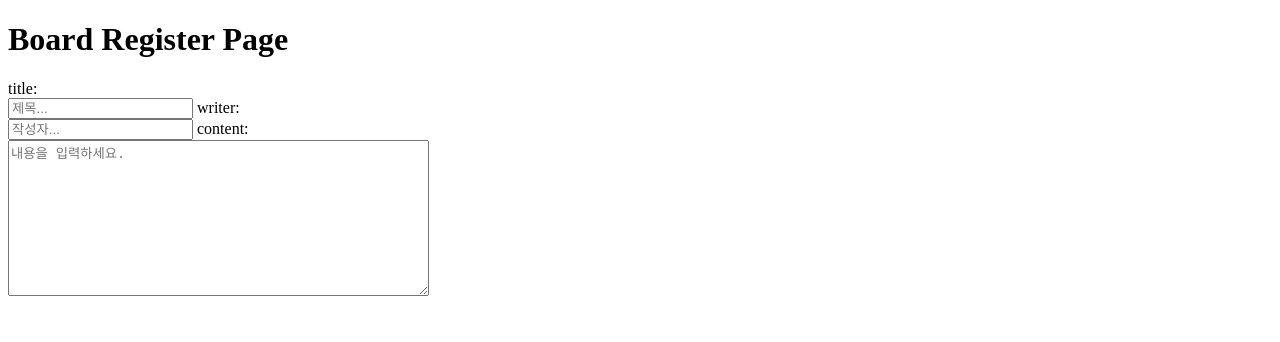
Repository: dtkd19/jsp-jstl_241022
Page: http://localhost/jsp_study/brd/register
These files come from the project's save history. The page is drawn as it stood at one moment and after the next save; the edit follows.
The browser window is 1280 px wide. The pictures show the whole page.
The page is served by Tomcat 9. Other server files are loaded and not shown.

Above is the page before, as saved 2024-10-22 06:05:40.

### jsp_study/src/main/webapp/board/register.jsp
<%@ page language="java" contentType="text/html; charset=UTF-8"
    pageEncoding="UTF-8"%>
<!DOCTYPE html>
<html>
<head>
<meta charset="UTF-8">
<title>Insert title here</title>
</head>
<body>
	<h1>Board Register Page</h1>
	title: <br>
	<input type="text" name="title" placeholder="제목...">
	writer: <br>
	<input type="text" name="writer" placeholder="작성자...">
	content: <br>
	<textarea rows="10" cols="50" name="content" placeholder="내용을 입력하세요."></textarea>
</body>
</html>

### jsp_study/src/main/java/controller/BoardController.java
package controller;

import java.io.File;
import java.io.IOException;
import java.util.List;

import javax.servlet.RequestDispatcher;
import javax.servlet.ServletException;
import javax.servlet.annotation.WebServlet;
import javax.servlet.http.HttpServlet;
import javax.servlet.http.HttpServletRequest;
import javax.servlet.http.HttpServletResponse;

import org.apache.commons.fileupload.FileItem;
import org.apache.commons.fileupload.disk.DiskFileItemFactory;
import org.apache.commons.fileupload.servlet.ServletFileUpload;
import org.slf4j.Logger;
import org.slf4j.LoggerFactory;

import domain.BoardVO;
import handler.FileRemoveHandler;
import net.coobird.thumbnailator.Thumbnails;
import service.BoardService;
import service.BoardServiceImpl;

@WebServlet("/brd/*")
public class BoardController extends HttpServlet {
	private static final long serialVersionUID = 1L;
	// 로그 객체 생성
	private static final Logger log = LoggerFactory.getLogger(BoardController.class);
	// jsp에서 받은 요청을 처리, 그 결과를 다른 jsp로 보내는 역할을 하는 객체
	private RequestDispatcher rdp;
	private String destPage; // 응답할 jsp의 주소를 저장하는 변수
	private int isOk; // db 구문 체크값 저장 변수
	private BoardService bsv; // interface로 생성
	private String savePath; // 파일저장 경로

	public BoardController() {
		// 생성자
		bsv = new BoardServiceImpl(); // bsv 구현체 객체 연결
	}

	protected void service(HttpServletRequest request, HttpServletResponse response)
			throws ServletException, IOException {
		// 실제 get post 요청처리
		log.info("log 객체 test");

		// request, response 객체의 인코딩 설정
		request.setCharacterEncoding("UTF-8"); // 요청객체
		response.setCharacterEncoding("UTF-8"); // 응답객체
		// response는 jsp로 갈 응답 객체 => 화면을 생성해서 응답 => jsp 형식으로 ...
		// contentType="text/html; charset=UTF-8"
		response.setContentType("text/html; charset=UTF-8"); // html5 형식으로 보내라

		// 경로 가져오기 /brd/register
		String uri = request.getRequestURI();
		log.info(uri); // /brd/register

		String path = uri.substring(uri.lastIndexOf("/") + 1);
		log.info(path);

		switch (path) {
		case "register":
			// 정보가 필요하다면... 정보를 DB에서 요청 request를 객체에 싣고 보내기
			destPage = "/board/register.jsp";
			break;
		case "insert":
			try {
				log.info("insert case in~!!");
				// jsp 화면에서 보내온 파라미터 값을 저장 => Service 전송
//				String title = request.getParameter("title");
//				String writer = request.getParameter("writer");
//				String content = request.getParameter("content");
//				BoardVO bvo = new BoardVO(title, writer, content);
//				log.info(">>>> bvo inesert 객체 >>>> {}", bvo);

				// 첨부파일 있는 경우 처리
				// bvo를 구성하여 DB로 전송
				// file을 저장하는 작업 => 파일 이름만 DB imageFile에 저장
				// 첨부파일 형식으로 들어오게되면 모든 파라미터는 바이트단위로 분해돼서 전송
				// 바이트 단위로 전송된 파라미터의 값을 String으로 조합을 해야함.

				// 1. 파일을 업로드할 물리적인 경로 설정

				savePath = getServletContext().getRealPath("/_fileUpload");
				log.info(">>>> savePath > {}" , savePath);

				File fileDir = new File(savePath);
				DiskFileItemFactory fileItemFactory = new DiskFileItemFactory();
				// 파일 저장을 위한 임시 메모리설정
				fileItemFactory.setSizeThreshold(1024*1024*3);
				// 저장위치를 담은 File 객체
				fileItemFactory.setRepository(fileDir);

				BoardVO bvo = new BoardVO(); // 빈 객체 생성 후 set

				// multipart/form-data 형식으로 넘어온 request 객체를 다루기 쉽게 변환해주는 객체
				ServletFileUpload fileUpload = new ServletFileUpload(fileItemFactory);
				// request 객체를 FileItem 형식의 리스트로 리턴
				List<FileItem> itemList = fileUpload.parseRequest(request);
				// title, writer, content => text / imageFile => image
				for(FileItem item : itemList) {
					log.info(" >>>> FileItem >> {} " , item.toString());
					switch (item.getFieldName()) {
					case "title":
						bvo.setTitle(item.getString("utf-8"));
						break;
					case "writer":
						bvo.setWriter(item.getString("utf-8"));
						break;
					case "content":
						bvo.setContent(item.getString("utf-8"));
						break;
					case "imageFile":
						// 이미지 파일 여부를 체크
						if(item.getSize() > 0 ) {
							//파일 이름 추출
							// 경로+ ~~~/dog.jpg
							String fileName = item.getName();
							// 경로 빼고 이름만 가져오기.
							// String fileName2 = item.getName().substring(item.getName().lastIndexOf(File.separator)+1);
							// File.separator : 파일 경로 기호 => 운영체제마다 다를 수 있어서 자동 변환
							// 시스템의 시간을 이용하여 파일을 구분 / 시간 dog.jpg
							// UUID를 사용하는 구분도 있음. (=> 많이사용)
							fileName = System.currentTimeMillis()+"_"+fileName;

							// 경로 만들어놓은 파일 fileDir + / (File.separator) + fileName
							File uploadFilePath = new File(fileDir+File.separator+fileName);
							log.info(">>> uploadFilePath > {}" , uploadFilePath.toString());

							// 저장
							try {
								item.write(uploadFilePath); // 객체를 디스크에 쓰기
								bvo.setImageFile(fileName); // bvo에 저장할 값 (DB에 들어가는 값 )

								// 썸네일 작업 : 리스트 페이지에서 트래픽 과다 사용 방지
								// fileDir + / + _th_ + fileName
								Thumbnails.of(uploadFilePath).size(75, 75).toFile(new File(fileDir+File.separator+"_th_"+fileName));


							} catch (Exception e) {
								log.info(">>> file writer on disk error");
								e.printStackTrace();
							}

						}
						break;

					}
				}

				isOk = bsv.register(bvo);
				log.info(">>>> bvo insert >>>>" + (isOk > 0 ? "성공" : "실패"));

				// 처리 후 목적지
				destPage = "/index.jsp";

			} catch (Exception e) {
				log.info("insert error");
				e.printStackTrace();
			}
			break;
		case "list":
			try {
				// 전체 리스트를 가지고 list.jsp로 전달
				List<BoardVO> list = bsv.getList();
				log.info(">>>> list >>>> {}", list);
				// request 객체에 파라미터로 값을 보내는 방법
				request.setAttribute("list", list);
				destPage = "/board/list.jsp";

			} catch (Exception e) {
				log.info("list error!!");
				e.printStackTrace();
			}
			break;
		case "detail":
		case "modify":
			try {
				int bno = Integer.parseInt(request.getParameter("bno"));
				BoardVO bvo = bsv.getDetail(bno);
				log.info(">>>> detail bvo >> {}", bvo);

				if (path.equals("detail")) {
					int readCountOk = bsv.readCountPlus(bno);
					log.info(">>>> readCount +1  >>> " + (readCountOk > 0 ? "성공" : "실패"));
					bvo = bsv.getDetail(bno);
					log.info(">>> readCount >> {}", bvo.getReadCount());
				}

				request.setAttribute("bvo", bvo);

				destPage = "/board/"+path+".jsp";

			} catch (Exception e) {
				log.info("detail error");
				e.printStackTrace();
			}
			break;

		case "update":
			try {
//				int bno = Integer.parseInt(request.getParameter("bno"));
//				String title = request.getParameter("title");
//				String content = request.getParameter("content");
//				BoardVO bvo = new BoardVO(bno, title, content);

				// 첨부파일 처리 포함 방식
				savePath = getServletContext().getRealPath("_fileUpload");
				File fileDir = new File(savePath);

				DiskFileItemFactory fileItemFactory = new DiskFileItemFactory();
				fileItemFactory.setSizeThreshold(1024*1024*3); // 3MB 정도 설정
				fileItemFactory.setRepository(fileDir);

				BoardVO bvo = new BoardVO();

				ServletFileUpload fileUpload = new ServletFileUpload(fileItemFactory);
				List<FileItem> itemList = fileUpload.parseRequest(request);

				// 원래 이미지가 있었는데 변경하는 케이스
				// 없던 이미지를 추가하는케이스

				String old_file = null;

				for(FileItem item : itemList) {
					switch (item.getFieldName()) {
					case "bno":
						bvo.setBno(Integer.parseInt(item.getString("utf-8")));
						break;
					case "title":
						bvo.setTitle(item.getString("utf-8"));
						break;
					case "content":
						bvo.setContent(item.getString("utf-8"));
						break;
					case "imageFile":
						// 기존 파일 => 있을 수도 있고, 없을 수도 있고
						old_file = item.getString("utf-8"); // 파일명만..
						break;
					case "newFile":
						// 새로 추가된 파일 => 있을 수도 있고, 없을 수도 있고
						if(item.getSize() > 0) {
							if(old_file != null) {
								// 기존파일이 존재한다면 ...
								// 파일 삭제작업 : 별도 핸들러로 작업
								FileRemoveHandler fileHandler = new FileRemoveHandler();
								isOk = fileHandler.deleteFile(savePath, old_file);
							}
							// 새로운 파일 등록 작업
							String fileName = System.currentTimeMillis()+"_"+item.getName();

							File uploadFilePath = new File(fileDir+File.separator+fileName);

							try {
								item.write(uploadFilePath);
								bvo.setImageFile(fileName);

								Thumbnails.of(uploadFilePath).size(75, 75).toFile(new File(fileDir+File.separator+"_th_"+fileName));

							} catch (Exception e) {
								log.info("File writer update error!");
								e.printStackTrace();
							}

						} else {
							// 기존파일 있지만, 새로운 이미지 파일이 없다면...
							// 기존 객체를 담기
							bvo.setImageFile(old_file);
						}
						break;

					}
				}

				int isOk = bsv.update(bvo);
				log.info(">>>> update >>> " + (isOk > 0 ? "성공" : "실패"));
				// 컨트롤러 내부 케이스는 /brd/ 따로 적을 필요가 없음.
				destPage = "detail?bno=" + bvo.getBno();

			} catch (Exception e) {
				log.info("update error");
				e.printStackTrace();
			}
			break;

		case "delete":
			try {
				int bno = Integer.parseInt(request.getParameter("bno"));
				int isOk = bsv.delete(bno);
				log.info(">>>> delete >>> " + (isOk > 0 ? "성공" : "실패"));
				destPage = "list";
			} catch (Exception e) {
				log.info(">>>> delete error");
				e.printStackTrace();
			}
			break;
		}

		// 목적지 주소(destPage)로 데이터를 전달(RequestDispatcher)
		rdp = request.getRequestDispatcher(destPage);
		// 요청에 필요한 객체를 가지고 destPage에 적힌 경로로 이동
		rdp.forward(request, response);

	}

	protected void doGet(HttpServletRequest request, HttpServletResponse response)
			throws ServletException, IOException {
		// get으로 들어오는 요청을 처리하는 메서드 => service를 호출하여 처리
		service(request, response);
	}

	protected void doPost(HttpServletRequest request, HttpServletResponse response)
			throws ServletException, IOException {
		// post로 들어오는 요청을 처리하는 메서드
		service(request, response);
	}

}

### jsp_study/src/main/java/service/BoardServiceImpl.java
package service;

import java.util.List;

import org.slf4j.Logger;
import org.slf4j.LoggerFactory;

import dao.BoardDAO;
import dao.BoardDAOImpl;
import domain.BoardVO;

public class BoardServiceImpl implements BoardService {

	private static final Logger log = LoggerFactory.getLogger(BoardServiceImpl.class);
	// dao 연결
	private BoardDAO bdao;

	public BoardServiceImpl() {
		bdao = new BoardDAOImpl();
	}

	@Override
	public int register(BoardVO bvo) {
		log.info(">>>> register service in");
		return bdao.insert(bvo);
	}

	@Override
	public List<BoardVO> getList() {
		// TODO Auto-generated method stub
		return bdao.getList();
	}

	@Override
	public BoardVO getDetail(int bno) {
		// TODO Auto-generated method stub
		return bdao.getDetail(bno);
	}

	@Override
	public int update(BoardVO bvo) {
		// TODO Auto-generated method stub
		return bdao.update(bvo);
	}

	@Override
	public int delete(int bno) {
		// TODO Auto-generated method stub
		return bdao.delete(bno);
	}

	@Override
	public int readCountPlus(int bno) {
		// TODO Auto-generated method stub
		return bdao.readCountPlus(bno);
	}
}

### jsp_study/src/main/java/dao/BoardDAO.java
package dao;

import java.util.List;

import domain.BoardVO;

public interface BoardDAO {

	int insert(BoardVO bvo);

	List<BoardVO> getList();

	BoardVO getDetail(int bno);

	int update(BoardVO bvo);

	int delete(int bno);

	int readCountPlus(int bno);

}

### jsp_study/src/main/java/dao/BoardDAOImpl.java
package dao;

import java.util.List;

import org.apache.ibatis.session.SqlSession;
import org.slf4j.Logger;
import org.slf4j.LoggerFactory;

import domain.BoardVO;
import orm.DatabaseBuilder;

public class BoardDAOImpl implements BoardDAO {
	private static final Logger log = LoggerFactory.getLogger(BoardDAOImpl.class);

	// DB와 연결 => mybatis 사용하여 연결 (mybatisConfig, db연결클래스, mapper)

	// DB의 연결을 위한 객체
	private SqlSession sql;

	public BoardDAOImpl() {
		new DatabaseBuilder();
		sql = DatabaseBuilder.getFactory().openSession();
	}

	@Override
	public int insert(BoardVO bvo) {
		// mapper로 연결
		log.info(">>>> insert DAO in !!");
		// sql.insert(mapper의 namespace.id, 객체);
		// insert / update / delete 구문은 반드시 commit 필요
		int isOk = sql.insert("BoardMapper.add", bvo);
		if(isOk > 0) {
			sql.commit();
		}
		return isOk;
	}

	@Override
	public List<BoardVO> getList() {
		log.info(">>>> getList DAO in !!");

		return sql.selectList("BoardMapper.list");
	}

	@Override
	public BoardVO getDetail(int bno) {
		log.info(">>>> getDetail DAO in !!");
		return sql.selectOne("BoardMapper.detail", bno);
	}

	@Override
	public int update(BoardVO bvo) {
		log.info(">>>> update DAO in !!");
		int isOk = sql.update("BoardMapper.up",bvo);
		if(isOk > 0) {
			sql.commit();
		}
		return isOk;
	}

	@Override
	public int delete(int bno) {
		log.info(">>>> delete DAO in !!");
		int isOk = sql.update("BoardMapper.delete",bno);
		if(isOk > 0) {
			sql.commit();
		}
		return isOk;
	}

	@Override
	public int readCountPlus(int bno) {
		log.info(">>>> readCount DAO in !!");
		int readCountOk = sql.update("BoardMapper.readCount",bno);
		if(readCountOk > 0) {
			sql.commit();
		}
		return readCountOk;
	}
}

### jsp_study/src/main/java/orm/DatabaseBuilder.java
package orm;


import org.apache.ibatis.io.Resources;
import org.apache.ibatis.session.SqlSessionFactory;
import org.apache.ibatis.session.SqlSessionFactoryBuilder;

public class DatabaseBuilder {
	private static SqlSessionFactory factory;
	private static final String CONFIG ="orm/mybatisConfig.xml";

	//초기화 블럭을 사용하여 객체 생성 후 초기화
	static {
		try {
			factory = new SqlSessionFactoryBuilder().build(Resources.getResourceAsReader(CONFIG));

		} catch (Exception e) {
			e.printStackTrace();
		}
	}

	public static SqlSessionFactory getFactory() {
		return factory;
	}


}

### jsp_study/src/main/java/domain/BoardVO.java
package domain;

public class BoardVO {
	private int bno;
	private String title;
	private String writer;
	private String content;
	private String regdate;
	private String moddate;
	private int readCount;
	private String imageFile;

	public BoardVO() {}

	// insert : title, writer,content
	public BoardVO(String title, String writer, String content) {
		this.title = title;
		this.writer = writer;
		this.content = content;
	}

	// list : bno, title, writer, regdate
	public BoardVO(int bno, String title, String writer, String regdate, int readCount) {
		this.bno = bno;
		this.title = title;
		this.writer = writer;
		this.regdate = regdate;
		this.readCount = readCount;
	}

	// update : bno, title, content
	public BoardVO(int bno, String title, String content) {
		this.bno = bno;
		this.title = title;
		this.content = content;
	}

	// detail : 전부
	public BoardVO(int bno, String title, String writer, String content, String regdate, String moddate, int readCount, String imageFile) {
		this.bno = bno;
		this.title = title;
		this.writer = writer;
		this.content = content;
		this.regdate = regdate;
		this.moddate = moddate;
		this.readCount = readCount;
		this.imageFile = imageFile;
	}

	public int getBno() {
		return bno;
	}

	public void setBno(int bno) {
		this.bno = bno;
	}

	public String getTitle() {
		return title;
	}

	public void setTitle(String title) {
		this.title = title;
	}

	public String getWriter() {
		return writer;
	}

	public void setWriter(String writer) {
		this.writer = writer;
	}

	public String getContent() {
		return content;
	}

	public void setContent(String content) {
		this.content = content;
	}

	public String getRegdate() {
		return regdate;
	}

	public void setRegdate(String regdate) {
		this.regdate = regdate;
	}

	public String getModdate() {
		return moddate;
	}

	public void setModdate(String moddate) {
		this.moddate = moddate;
	}


	public int getReadCount() {
		return readCount;
	}

	public void setReadCount(int readCount) {
		this.readCount = readCount;
	}

	public String getImageFile() {
		return imageFile;
	}

	public void setImageFile(String imageFile) {
		this.imageFile = imageFile;
	}

	@Override
	public String toString() {
		return "BoardVO [bno=" + bno + ", title=" + title + ", writer=" + writer + ", content=" + content + ", regdate="
				+ regdate + ", moddate=" + moddate + ", readCount=" + readCount + ", imageFile=" + imageFile + "]";
	}





}

### jsp_study/src/main/java/domain/CommentVO.java
package domain;

public class CommentVO {
	private int cno;
	private int bno;
	private String content;
	private String writer;
	private String regdate;


	public CommentVO() {}


	// 등록
	public CommentVO(int bno, String content, String writer) {
		this.bno = bno;
		this.content = content;
		this.writer = writer;
	}


	// 리스트
	public CommentVO(int cno, int bno, String content, String writer, String regdate) {
		this.cno = cno;
		this.bno = bno;
		this.content = content;
		this.writer = writer;
		this.regdate = regdate;
	}


	// 수정
	public CommentVO(int cno, String content) {
		this.cno = cno;
		this.content = content;
	}


	// getter/setter toString


	public int getCno() {
		return cno;
	}


	public void setCno(int cno) {
		this.cno = cno;
	}


	public int getBno() {
		return bno;
	}


	public void setBno(int bno) {
		this.bno = bno;
	}


	public String getContent() {
		return content;
	}


	public void setContent(String content) {
		this.content = content;
	}


	public String getWriter() {
		return writer;
	}


	public void setWriter(String writer) {
		this.writer = writer;
	}


	public String getRegdate() {
		return regdate;
	}


	public void setRegdate(String regdate) {
		this.regdate = regdate;
	}


	@Override
	public String toString() {
		return "CommentVO [cno=" + cno + ", bno=" + bno + ", content=" + content + ", writer=" + writer + ", regdate="
				+ regdate + "]";
	}






}

### jsp_study/src/main/java/domain/MemberVO.java
package domain;

public class MemberVO {
	private String id;
	private String pwd;
	private String email;
	private String phone;
	private String regdate;
	private String lastlogin;
	private String imageFile;


	public MemberVO() {}

	// 관리자입장 / 사용자입장
	// 회원등급 : admin(사이트관리자), manager(각 파트의 최고 관리자), user(사용자)
	// 회원가입 / 수정
	public MemberVO(String id, String pwd, String email, String phone, String imageFile) {
		this.id = id;
		this.pwd = pwd;
		this.email = email;
		this.phone = phone;
		this.imageFile = imageFile;
	}

	// 로그인
	public MemberVO(String id, String pwd) {
		this.id = id;
		this.pwd = pwd;
	}

	// 회원리스트 : 관리자만 접근가능 전체

	public MemberVO(String id, String pwd, String email, String phone, String regdate, String lastlogin, String imageFile) {
		this.id = id;
		this.pwd = pwd;
		this.email = email;
		this.phone = phone;
		this.regdate = regdate;
		this.lastlogin = lastlogin;
		this.imageFile = imageFile;

	}

	public String getId() {
		return id;
	}


	public void setId(String id) {
		this.id = id;
	}


	public String getPwd() {
		return pwd;
	}


	public void setPwd(String pwd) {
		this.pwd = pwd;
	}


	public String getEmail() {
		return email;
	}


	public void setEmail(String email) {
		this.email = email;
	}


	public String getPhone() {
		return phone;
	}


	public void setPhone(String phone) {
		this.phone = phone;
	}


	public String getRegdate() {
		return regdate;
	}


	public void setRegdate(String regdate) {
		this.regdate = regdate;
	}


	public String getLastlogin() {
		return lastlogin;
	}


	public void setLastlogin(String lastlogin) {
		this.lastlogin = lastlogin;
	}


	public String getImageFile() {
		return imageFile;
	}

	public void setImageFile(String imageFile) {
		this.imageFile = imageFile;
	}

	@Override
	public String toString() {
		return "MemberVO [id=" + id + ", pwd=" + pwd + ", email=" + email + ", phone=" + phone + ", regdate=" + regdate
				+ ", lastlogin=" + lastlogin + ", imageFile=" + imageFile + "]";
	}








}

After the next save:
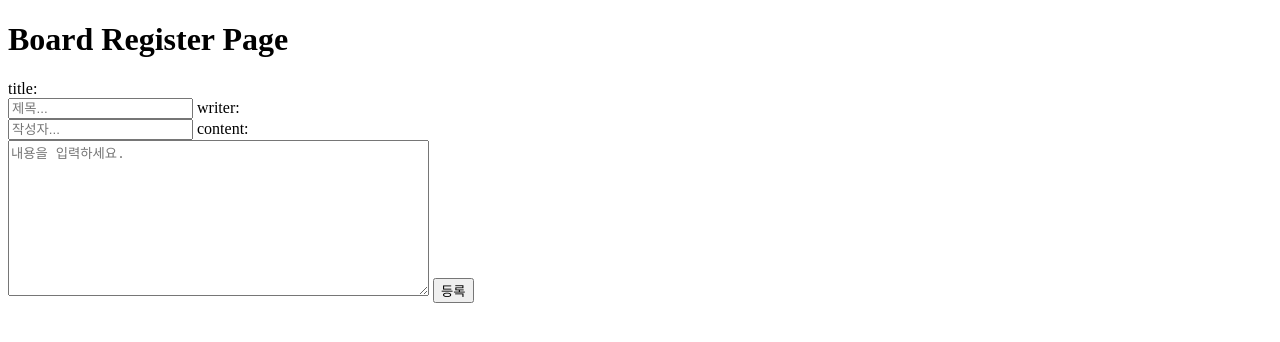
Saved 34 s later.
--- a/jsp_study/src/main/webapp/board/register.jsp
+++ b/jsp_study/src/main/webapp/board/register.jsp
@@ -8,11 +8,14 @@
 </head>
 <body>
 	<h1>Board Register Page</h1>
+	<form action="">
 	title: <br>
 	<input type="text" name="title" placeholder="제목...">
 	writer: <br>
 	<input type="text" name="writer" placeholder="작성자...">
 	content: <br>
 	<textarea rows="10" cols="50" name="content" placeholder="내용을 입력하세요."></textarea>
+	<button type="submit">등록</button>
+	</form>
 </body>
 </html>
